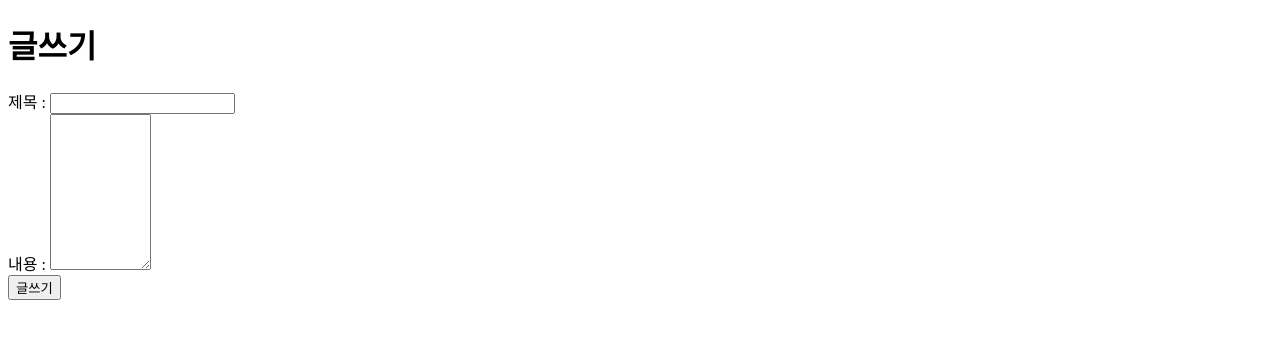
Repository: Bigdog93/WebworkspacePT
Page: http://localhost/BoardVer1/write
The author's editor kept a copy of each file at every save. The page is drawn from the files as they stood at one save, then again after the next save.
The browser window is 1280 px wide. The pictures show the whole page.
The page is served by Tomcat 9.

Above is the page before, as saved 2021-04-26 00:27:49.

After the next save:
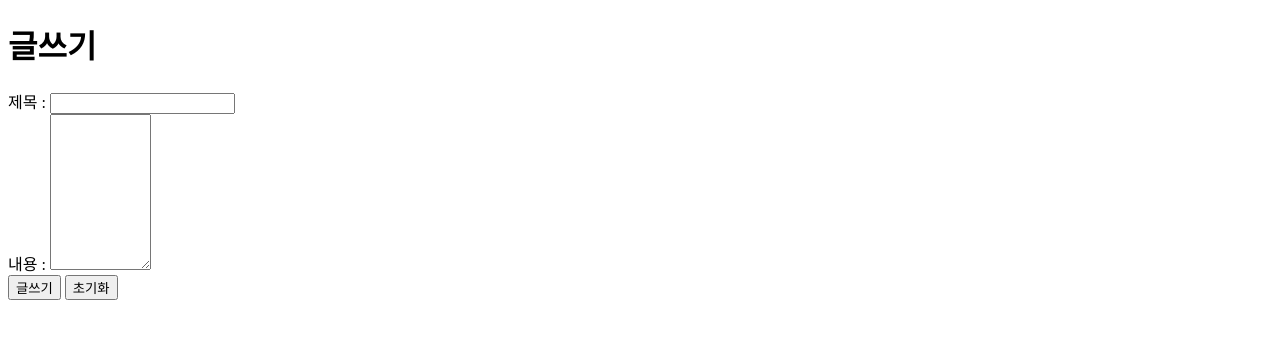
Saved 28 s later.
--- a/WebWorkSpace/BoardVer1/src/main/webapp/WEB-INF/jsp/write.jsp
+++ b/WebWorkSpace/BoardVer1/src/main/webapp/WEB-INF/jsp/write.jsp
@@ -20,6 +20,7 @@
 		</div>
 		<div>
 			<input type="submit" value="글쓰기"> <!-- 얘가 방아쇠. 누르면 빵 하고 get방식으로 /write로 보내줌 -->
+			<input type="reset" value="초기화">
 		</div>
 	</form>
 
